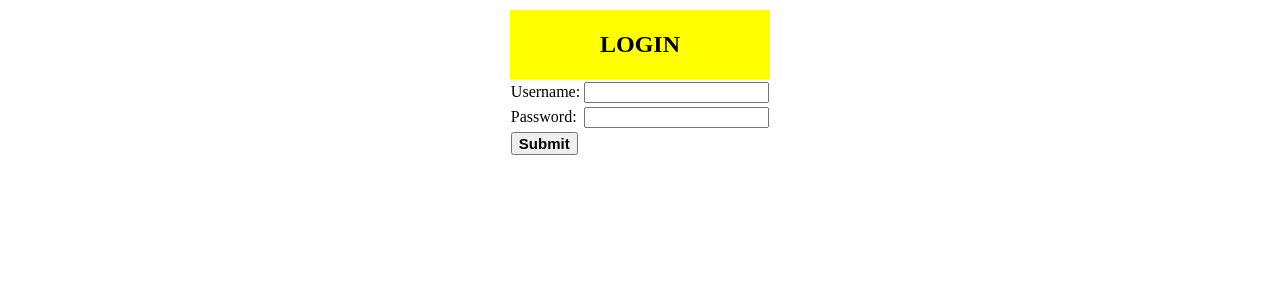
Repository: FatCat0712/JSP
Page: http://localhost/bai_21/login.jsp
These files come from the project's save history. The page is drawn as it stood at one moment and after the next save; the edit follows.
The browser window is 1280 px wide. The pictures show the whole page.
The page is served by Tomcat 9.

Above is the page before, as saved 2024-04-23 01:00:11.

After the next save:
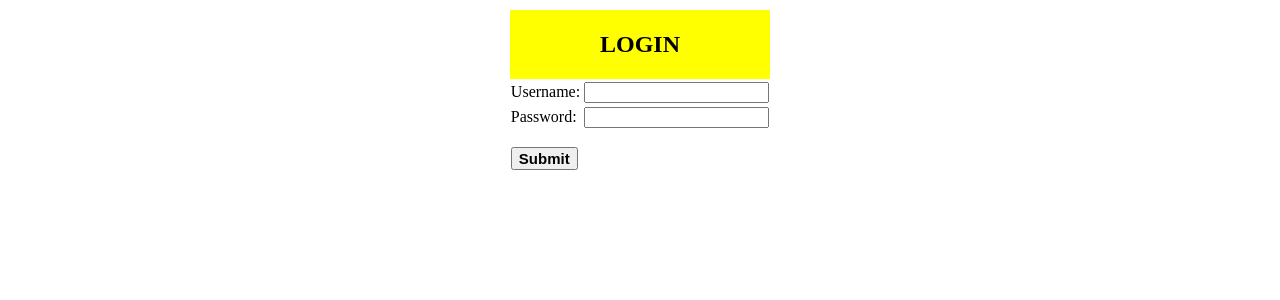
Saved 33 s later.
--- a/bai_21/src/main/webapp/login.jsp
+++ b/bai_21/src/main/webapp/login.jsp
@@ -27,7 +27,7 @@
 		</tr>
 		<tr>
 			<td colspan="2">
-				<input type="submit" value="Submit" style="font-weight: bold; font-size: 15px"/>
+				<input type="submit" value="Submit" style="font-weight: bold; font-size: 15px; margin-top: 15px"/>
 			</td>
 		</tr>
 	</table>
